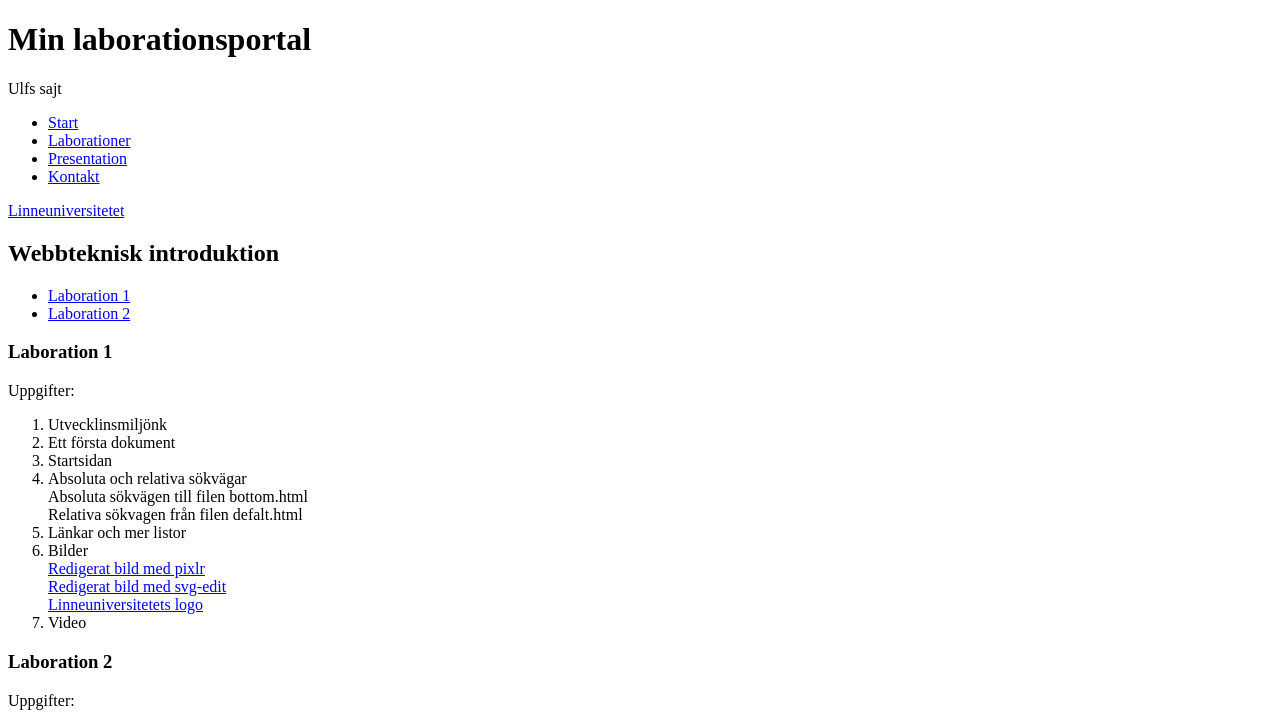
Repository: ulfek/laborationer
Page: pages/laborationer.html
The author's editor kept a record of every edit. The page is drawn from the files as they stood at one moment, then again after the next edit.
The browser window is 1280 px wide. The pictures show the whole page.

Above is the page before.

After the next edit:
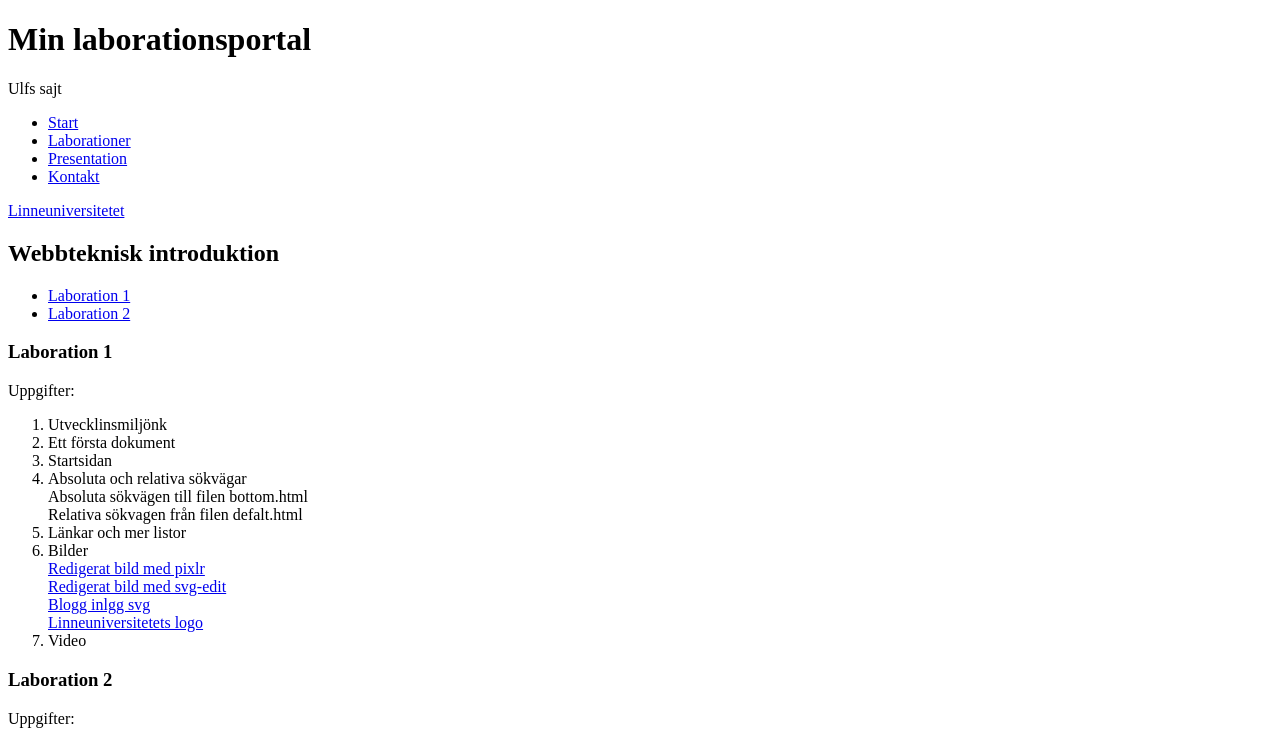
The edit:
--- a/pages/laborationer.html
+++ b/pages/laborationer.html
@@ -31,6 +31,7 @@
             <li>Bilder</li>
             <div><a href="http://pixlr.com>">Redigerat bild med pixlr</a></div>
             <div><a href="http://svg-edit.googlecode.com/svn/trunk/editor/svg-editor.html">Redigerat bild med svg-edit</a></div>
+            <div><a href="../index.html#svg">Blogg inlgg svg</a></div>
             <a href="../pics/logo_linneuniversitetet_test.png">Linneuniversitetets logo</a>
             <li>Video</li>
         </ol>
